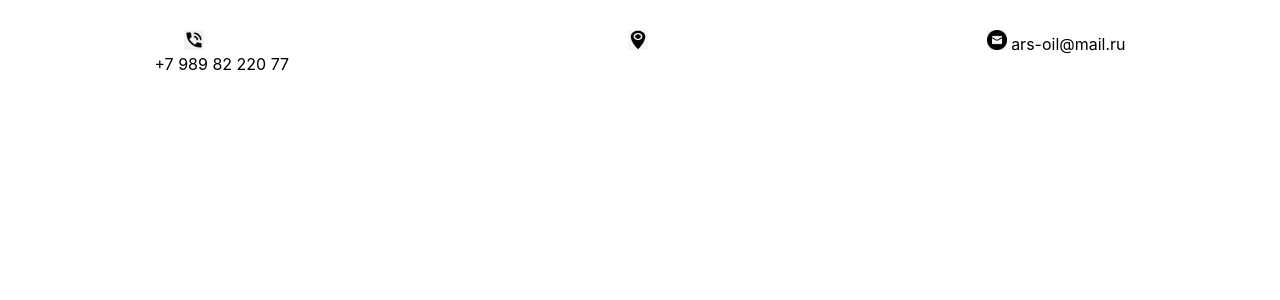
Repository: Vahe4836/new-project--Vahe
Page: /
The author's editor kept a copy of each file at every save. The page is drawn from the files as they stood at one save, then again after a run of saves.
The browser window is 1280 px wide. The pictures show the whole page.
The project was rebuilt for these pictures with package versions that can differ from the ones it lists, and the page was loaded fresh each time.

Above is the page before, as saved 2022-02-25 14:10:46.

### public/index.html
<!DOCTYPE html>
<html lang="en">
  <head>
    <meta charset="utf-8" />
    <link rel="icon" href="%PUBLIC_URL%/favicon.ico" />
    <meta name="viewport" content="width=device-width, initial-scale=1" />
    <meta name="theme-color" content="#000000" />
    <meta
      name="description"
      content="Web site created using create-react-app"
    />
    <link rel="apple-touch-icon" href="%PUBLIC_URL%/logo192.png" />
    <!--
      manifest.json provides metadata used when your web app is installed on a
      user's mobile device or desktop. See https://developers.google.com/web/fundamentals/web-app-manifest/
    -->
    <link rel="manifest" href="%PUBLIC_URL%/manifest.json" />
    <!--
      Notice the use of %PUBLIC_URL% in the tags above.
      It will be replaced with the URL of the `public` folder during the build.
      Only files inside the `public` folder can be referenced from the HTML.

      Unlike "/favicon.ico" or "favicon.ico", "%PUBLIC_URL%/favicon.ico" will
      work correctly both with client-side routing and a non-root public URL.
      Learn how to configure a non-root public URL by running `npm run build`.
    -->
    <title>Золотая колесница</title>
  </head>
  <body>
    <noscript>You need to enable JavaScript to run this app.</noscript>
    <div id="root"></div>
    <!--
      This HTML file is a template.
      If you open it directly in the browser, you will see an empty page.

      You can add webfonts, meta tags, or analytics to this file.
      The build step will place the bundled scripts into the <body> tag.

      To begin the development, run `npm start` or `yarn start`.
      To create a production bundle, use `npm run build` or `yarn build`.
    -->
  </body>
</html>

### src/App.js
import React from 'react';
import './App.css';
import Header from './Layouts/Header/Header';

function App() {
  return (
    <Header />
  )

}

export default App;

### src/Layouts/Header/Header.jsx
import React from "react";
import style from "./Header.module.scss";
import geo from "../../Images/Geo.png";
import mail from "../../Images/mail.jpg";
import tel from "../../Images/Tel.png";

export default function Header() {
  return (
    <div className={style.adressbox}>
      <ul>
        <li>
          {" "}
          <img src={tel} width ={20} height = {20} alt="" /> <p>+7 989 82 220 77</p>{" "}
        </li>
        <li>
          {" "}
          <img src={geo} width ={20} height = {20} alt="" /> <p></p>{" "}
        </li>
        <li>
          {" "}
          <img src={mail} width ={20} height = {20} alt="" /> ars-oil@mail.ru{" "}
        </li>
      </ul>
    </div>
  );
}

### src/Layouts/Header/Header.module.scss
.adressbox{
    width: 100%;
    height: 70px;


    >ul{
        display: flex;
        justify-content: space-around;
        margin-top: 30px;
        >li{
            list-style: none;
            >img{
                margin-left: 30px;
            }
        }
    }
}

Loaded but not shown: src/index.js (common file); src/index.css (common file); src/reportWebVitals.js (common file); src/App.css (common file)

After the next 5 saves:
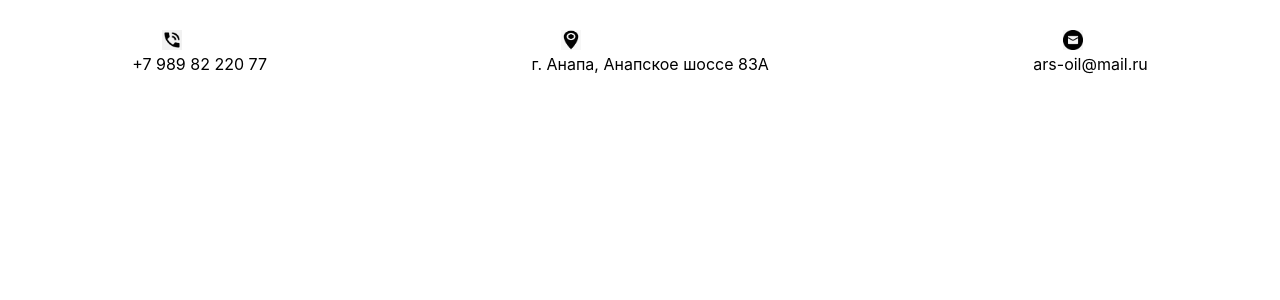
The 5 saves are shown as one change because they came seconds apart.
The last was saved 16 s later.
--- a/src/Layouts/Header/Header.jsx
+++ b/src/Layouts/Header/Header.jsx
@@ -14,11 +14,11 @@
         </li>
         <li>
           {" "}
-          <img src={geo} width ={20} height = {20} alt="" /> <p></p>{" "}
+          <img src={geo} width ={20} height = {20} alt="" /> <p>г. Анапа, Анапское шоссе 83А</p>{" "}
         </li>
         <li>
           {" "}
-          <img src={mail} width ={20} height = {20} alt="" /> ars-oil@mail.ru{" "}
+          <img src={mail} width ={20} height = {20} alt="" /> <p>ars-oil@mail.ru</p> {" "}
         </li>
       </ul>
     </div>
